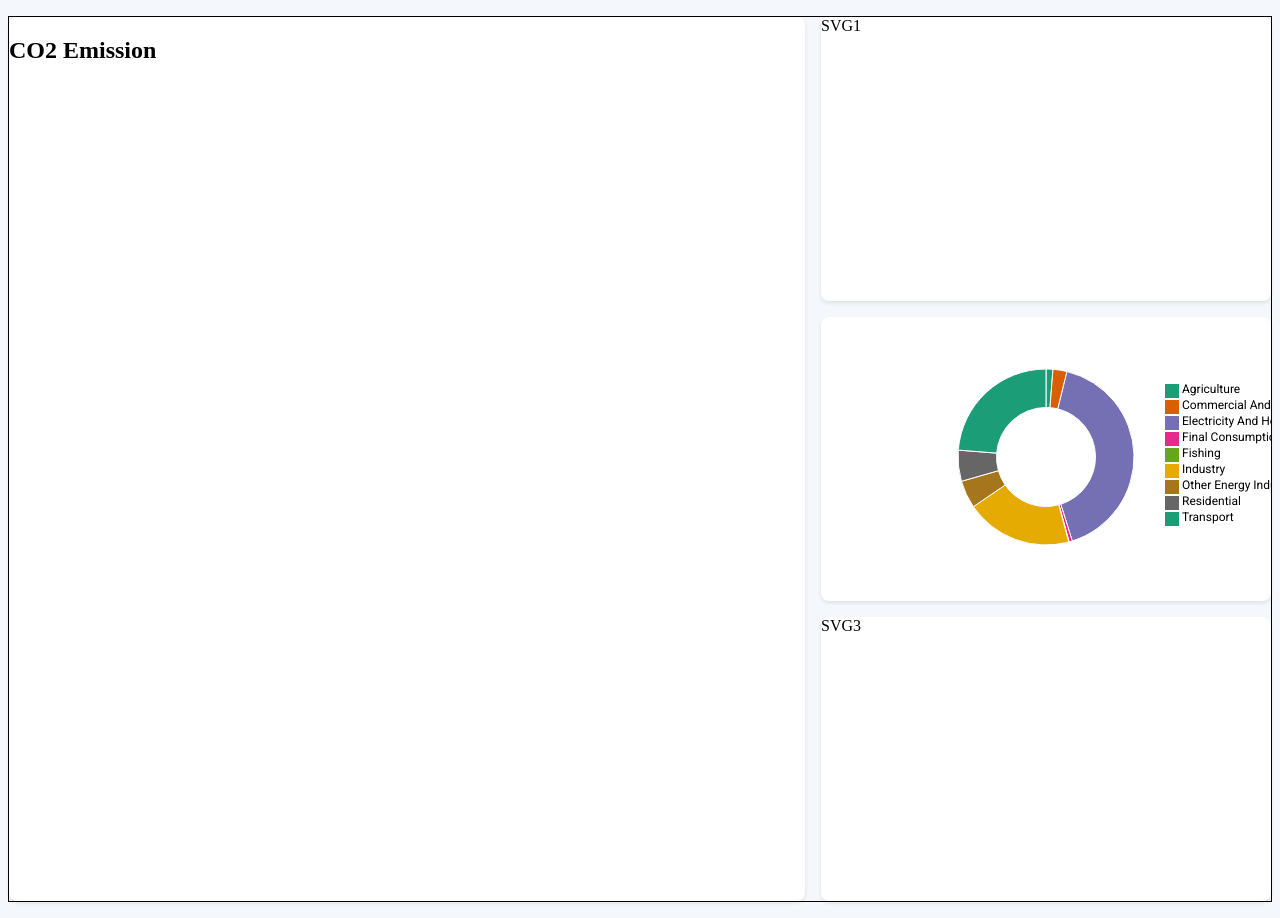
Repository: losmarco/CO2-Emission-Data-Dashboard
Page: index.html
These files come from the project's save history. The page is drawn as it stood at one moment and after the next save; the edit follows.
The browser window is 1280 px wide. The pictures show the whole page.
The style sheet was rebuilt from its Sass, Less or Tailwind sources for each picture, by a compiler version that may differ from the author's.

Above is the page before, as saved 2020-03-29 17:38:11.

### index.html
<!DOCTYPE html>
<html lang="en">
<head>
    <meta charset="UTF-8">
    <meta name="viewport" content="width=device-width, initial-scale=1.0">
    <meta http-equiv="X-UA-Compatible" content="ie=edge">
    <title>CO2 Emission Data Chart</title>

    <link rel="stylesheet" href="style.css">
    <script src="https://d3js.org/d3.v5.min.js"></script>
</head>
<body>
    <div class="container">
        <div class="card main_graph">
            <h2>CO2 Emission</h2>
        </div>


        <div class="card graph1">SVG1</div>
        <div class="card graph2">
            <div id="donut"></div>
        </div>
        <div class="card graph3">SVG3</div>
    </div>
</body>
    <script src="javascript/master.js"></script>
    <script src="javascript/chart.js"></script>
</html>

### javascript/master.js
//Parsing CSV file

### javascript/chart.js
//This document is for d3 related script ( ͡° ͜ʖ ͡°)

//Donut Chart
// set the dimensions and margins of the graph
var width = 450
    height = 280
    margin = 30
// The radius of the pieplot is half the width or half the height (smallest one). I subtract a bit of margin.
var radius = Math.min(width, height) / 2 - margin

//append the svg object to the div called 'donut'
var svg = d3.select("#donut")
            .append("svg")
            .attr("width", width)
            .attr("height", height)
            .append("g")
            .attr("transform", "translate(" + width / 2 + "," + height / 2 + ")");




//Color
var color = d3.scaleOrdinal()
.domain(["Agriculture",
        "Commercial And Public Services",
        "Electricity And Heat Producers",
        "Final Consumption Not Else where Specified",
        "Fishing",
        "Industry",
        "Other Energy Industries",
        "Residential",
        "Transport"])
.range(d3.schemeDark2);

d3.csv("data/world-sector.csv")
  .then(function(csvdata){

    var latestData = csvdata[csvdata.length - 1];

    var agri = parseInt(latestData.agriculture),
        cap = parseInt(latestData.commercialAndPublicServices),
        eahp = parseInt(latestData.electricityAndHeatProducers),
        fcnes = parseInt(latestData.finalConsumptionNotElsewhereSpecified),
        fishing = parseInt(latestData.fishing),
        industry = parseInt(latestData.industry),
        oei = parseInt(latestData.otherEnergyIndustries),
        residential = parseInt(latestData.residential),
        transport = parseInt(latestData.transport);

  const total = (agri + cap + eahp + fcnes + fishing + industry + oei + residential + transport);

  const percent = 100;

  var agri = ((agri/total) * percent).toFixed(2),
      cap = ((cap/total) * percent).toFixed(2),
      eahp = ((eahp/total) * percent).toFixed(2),
      fcnes = ((fcnes/total) * percent).toFixed(2),
      fishing = ((fishing/total) * percent).toFixed(2),
      industry = ((industry/total) * percent).toFixed(2),
      oei = ((oei/total) * percent).toFixed(2),
      residential = ((residential/total) * percent).toFixed(2),
      transport = ((transport/total) * percent).toFixed(2);


  //Final Data
  var data = {"Agriculture": agri,
              "Commercial And Public Services": cap,
              "Electricity And Heat Producers": eahp,
              "Final Consumption Not Else where Specified":fcnes ,
              "Fishing": fishing,
              "Industry":industry,
              "Other Energy Industries": oei,
              "Residential":residential,
              "Transport":transport
            }

  // Compute the position of each group on the pie:
  var pie = d3.pie()
    .sort(null) // Do not sort group by size
    .value(function(d) {return d.value; })
  var data_ready = pie(d3.entries(data))

  // The arc generator + hole size
  var arc = d3.arc()
    .innerRadius(radius * 0.45)
    .outerRadius(radius * 0.8)

  // Build the pie chart: Basically, each part of the pie is a path that we build using the arc function.
  svg.selectAll('allSlices')
      .data(data_ready)
      .enter()
      .append('path')
      .attr('d', arc)
      .attr('fill', function(d){ return(color(d.data.key)) })
      .attr("stroke", "white")
      .attr("transform", "translateX(" + 20 + ")")
      .style("stroke-width", "1px")
      .style("opacity", 1)


})//closing tag for d3.csv

//Legend
var legendRectSize = 12;
var legendSpacing = 4;

var legend = svg.selectAll('.legend')
                .data(color.domain())
                .enter()
                .append('g')
                .attr('class', 'legend')
                .attr('transform', function(d, i) {
                  var height = legendRectSize + legendSpacing;
                  var offset =  height * color.domain().length / 2;
                  var horz = 10 * legendRectSize;
                  var vert = i * height - offset;
                  return 'translate(' + horz + ',' + vert + ')';
});


legend.append('rect')
  .attr('width', legendRectSize)
  .attr('height', legendRectSize)
  .style('fill', color)
  .style('stroke', color);

legend.append('text')
  .attr('x', legendRectSize + legendSpacing )
  .attr('y', legendRectSize - legendSpacing)
  .text(function(d) { return d; });


//End of Donut Chart


  // Add the polylines between chart and labels:
  // svg
  //   .selectAll('allPolylines')
  //   .data(data_ready)
  //   .enter()
  //   .append('polyline')
  //     .attr("stroke", "black")
  //     .style("fill", "none")
  //     .attr("stroke-width", 1)
  //     .attr('points', function(d) {
  //       var posA = arc.centroid(d) // line insertion in the slice
  //       var posB = outerArc.centroid(d) // line break: we use the other arc generator that has been built only for that
  //       var posC = outerArc.centroid(d); // Label position = almost the same as posB
  //       var midangle = d.startAngle + (d.endAngle - d.startAngle) / 2 // we need the angle to see if the X position will be at the extreme right or extreme left
  //       posC[0] = radius * 0.95 * (midangle < Math.PI ? 1 : -1); // multiply by 1 or -1 to put it on the right or on the left
  //       return [posA, posB, posC]
  //     })

  // Add the polylines between chart and labels:
  // svg
  //   .selectAll('allLabels')
  //   .data(data_ready)
  //   .enter()
  //   .append('text')
  //     .text( function(d) { console.log(d.data.key) ; return d.data.key } )
  //     .attr('transform', function(d) {
  //         var pos = outerArc.centroid(d);
  //         var midangle = d.startAngle + (d.endAngle - d.startAngle) / 2
  //         pos[0] = radius * 0.99 * (midangle < Math.PI ? 1 : -1);
  //         return 'translate(' + pos + ')';
  //     })
  //     .style('text-anchor', function(d) {
  //         var midangle = d.startAngle + (d.endAngle - d.startAngle) / 2
  //         return (midangle < Math.PI ? 'start' : 'end')
  //     })

### style.scss
//Google Font
@import url('https://fonts.googleapis.com/css2?family=Roboto:ital,wght@0,100;0,300;0,400;0,500;0,700;0,900;1,100;1,300;1,400;1,500;1,700;1,900&display=swap');

// Font
@mixin header{
    font-family: 'Roboto', sans-serif;
    font-weight: 700;
}
@mixin text{
    font-family: 'Roboto', sans-serif;
    font-weight: 500;
    font-size: 12px;
}

// Color
$backgroun-white:#f4f7fc;
$white: #ffffff;
$grey: #828f95;
$black: #252831;
$purple: #7b43a1;
$orange: #ff9824;
$pink: #f2317a;
$primary-green:#58cf6c;
$secondary-green: #43a19e;

//Card
@mixin card-background{
    background-color: $white;
    border-radius: 8px;
    box-shadow: 0 2px 4px rgba(0,0,0,0.04), 0 2px 4px rgba(0,0,0,0.06);
}

body{
    background: $backgroun-white;
}

.container{
    display:grid;
    grid-template-rows: repeat(3, 1fr);
    grid-template-columns:repeat(4, 1fr);
    grid-gap: 1em;
    border: 1px solid black;
    margin: 1em auto;
}

.main_graph{
    grid-row:1/4;
    grid-column: 1/4;
}

.graph1{
    grid-row:1/2;
    grid-column: 4/5;
}

.graph2{
    grid-row:2/3;
    grid-column: 4/5;
    width: 450px;
    left:-200px;

    .legend {
        font-family: 'Roboto', sans-serif;
        font-size: 12px;
        font-weight:400;
    }
    rect {
        stroke-width: 2;
    }


}

.graph3{
    grid-row:3/4;
    grid-column: 4/5;
}

.card{
    @include card-background;
}
svg{
    margin: 0 auto;

}

After the next save:
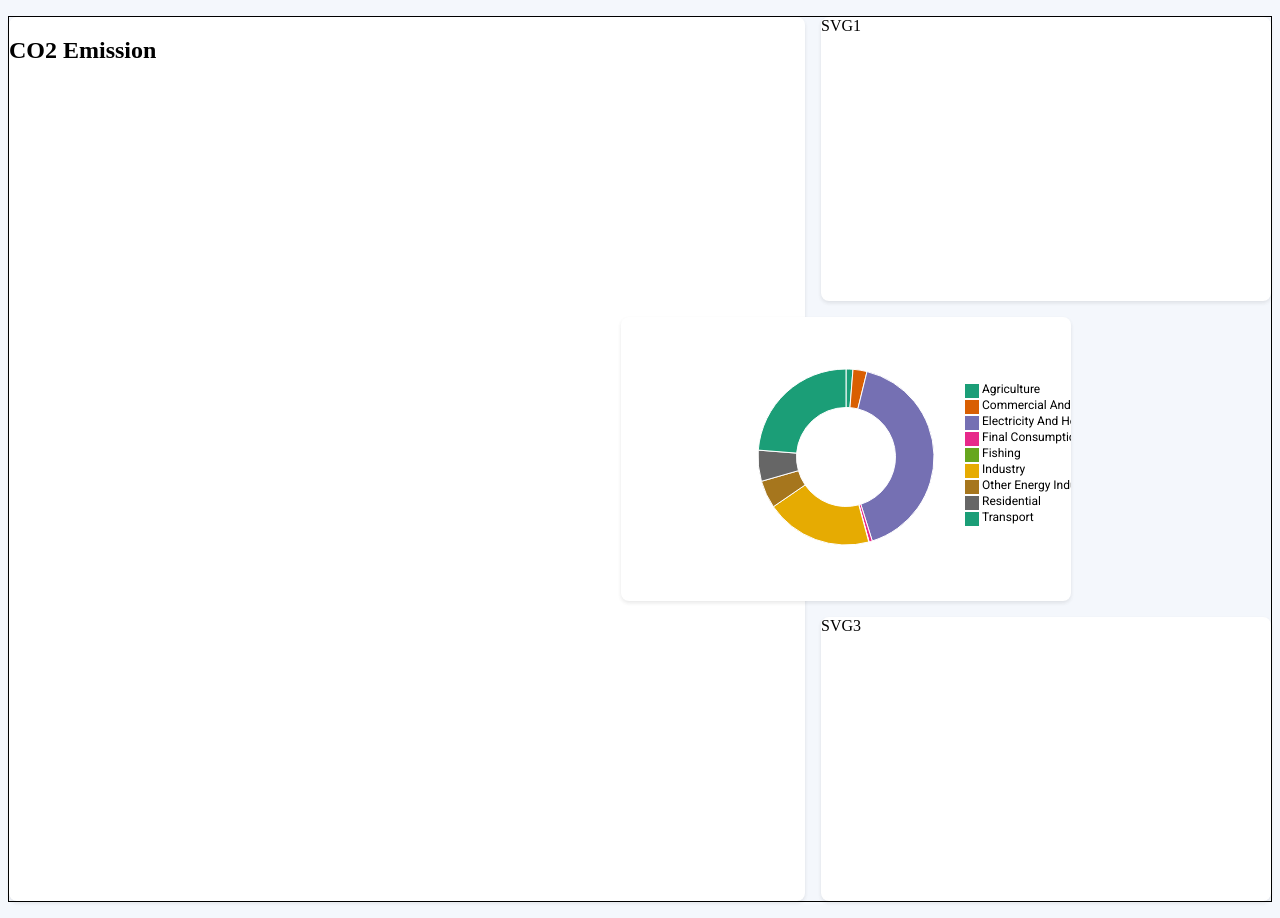
Saved 33 s later.
--- a/style.scss
+++ b/style.scss
@@ -57,7 +57,7 @@ body{
     grid-row:2/3;
     grid-column: 4/5;
     width: 450px;
-    left:-200px;
+    transform: translateX(-200px);
 
     .legend {
         font-family: 'Roboto', sans-serif;
